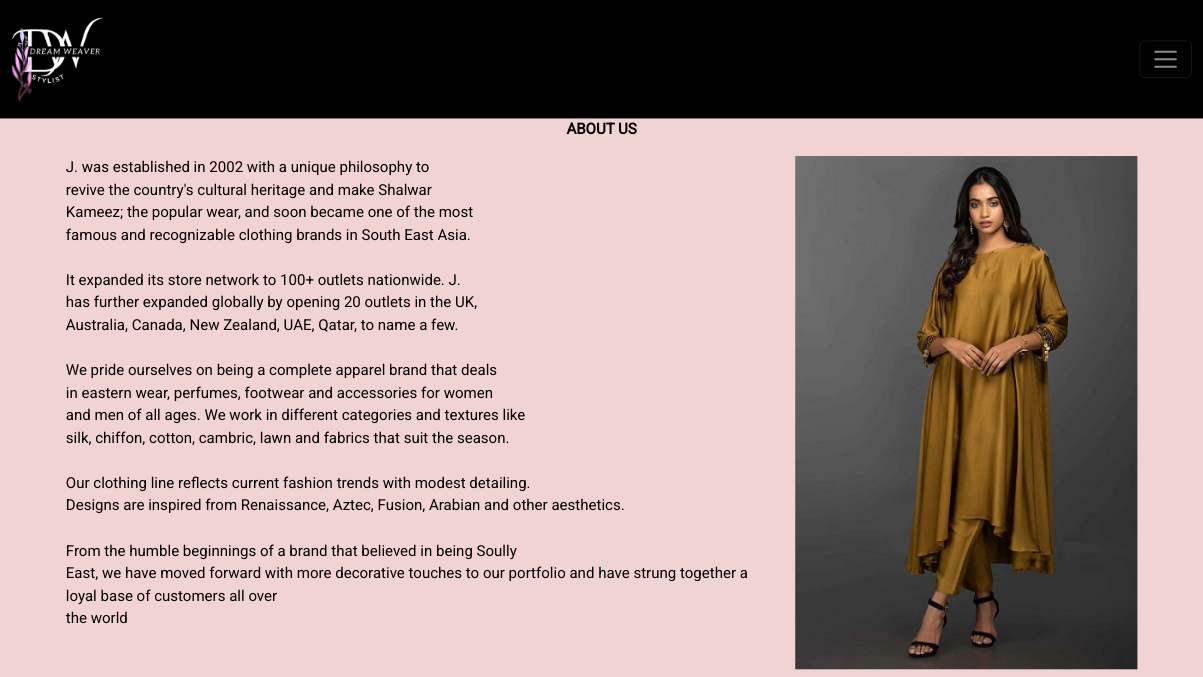
Repository: laibaashraf90/dreamweaver
Page: Source Code/detail.html
The author's editor kept a copy of each file at every save. The page is drawn from the files as they stood at one save, then again after the next save.
The browser window is 1280 px wide. The pictures show the whole page, at 94% of full size.

Above is the page before, as saved 2022-10-29 17:27:59.
Console error: TypeError: Cannot set properties of null (setting 'innerHTML')

After the next save:
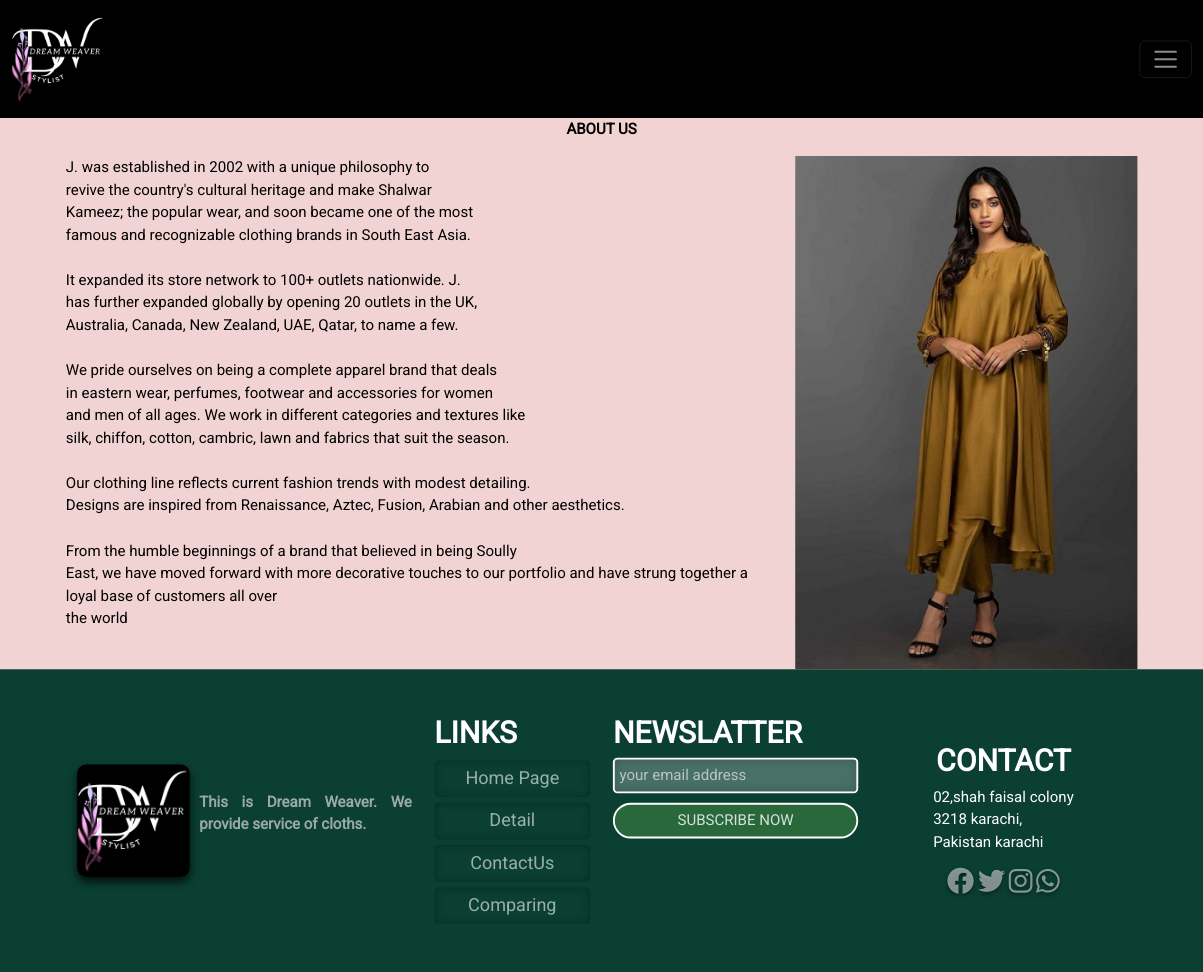
The error is gone.
Saved 46 s later.
--- a/Source Code/detail.html
+++ b/Source Code/detail.html
@@ -169,7 +169,7 @@
       <div class="div5"><img src="./imges/t3.jpg" alt=""></div>
     </div> -->
     <!-- Footer Start -->
-    <!-- <footer></footer> -->
+    <footer></footer>
     <!-- Footer End -->
     <script src="./bootstrap-5.2.2-dist/js/bootstrap.min.js"></script>
     <script src="js/header.js"></script>
